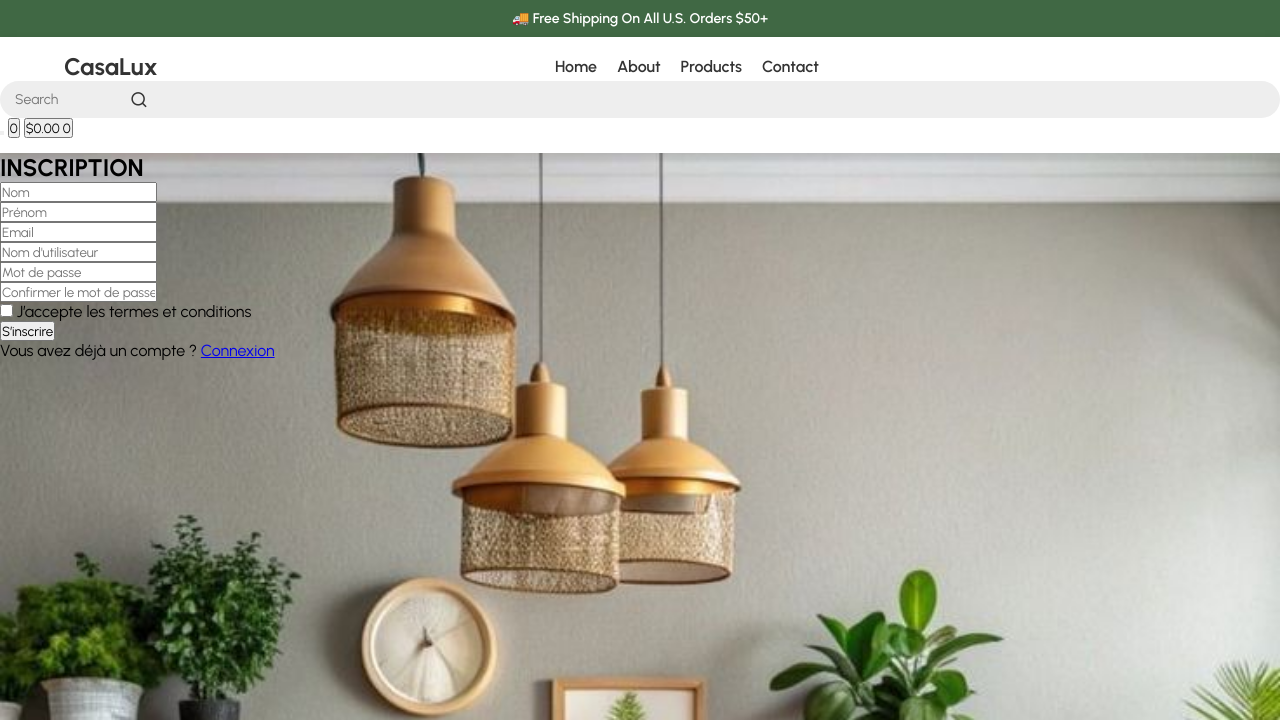
Repository: doua184/CasaLux
Page: inscription.html
These files come from the project's save history. The page is drawn as it stood at one moment and after the next save; the edit follows.
The browser window is 1280 px wide. The pictures show the whole page.
Some icons come from a web library that is not loaded, so they are not drawn. Some web libraries are served in a nearby version.

Above is the page before, as saved 2025-04-05 19:08:22.

### inscription.html
<!DOCTYPE html>
<html lang="en">
  <head>
    <meta charset="UTF-8" />
    <meta name="viewport" content="width=device-width, initial-scale=1.0" />
    <link
      href="https://cdn.jsdelivr.net/npm/remixicon@4.3.0/fonts/remixicon.css"
      rel="stylesheet"
    />
    <link
      rel="stylesheet"
      href="https://cdn.jsdelivr.net/npm/swiper@11/swiper-bundle.min.css"
    />
    <link rel="stylesheet" href="inscription.css" />

    <title>CasaLux</title>
    <!-- Google Fonts -->
    <link rel="preconnect" href="https://fonts.googleapis.com">
    <link rel="preconnect" href="https://fonts.gstatic.com" crossorigin>
    <link href="https://fonts.googleapis.com/css2?family=Urbanist:wght@400;500;600;700;800&display=swap" rel="stylesheet">
    <!-- Swiper CSS -->

<!-- Swiper JS -->
<script src="https://cdn.jsdelivr.net/npm/swiper@10/swiper-bundle.min.js"></script>


    <script type="module" src="https://cdn.jsdelivr.net/npm/@ionic/core/dist/ionic/ionic.esm.js"></script>
    <script nomodule src="https://cdn.jsdelivr.net/npm/@ionic/core/dist/ionic/ionic.js"></script>
  </head>
  <body>
    <div class="alert">
        <p class="alert-text">🚚 Free Shipping On All U.S. Orders $50+</p>
    </div>
    <nav class="nav">
        <div class="container nav__container">
            <div class="nav__logo">
                <a href="#" class="logo">CasaLux</a>
            </div>

            <ul class="nav__links" id="nav-links">
                <li><a href="#home">Home</a></li>
                <li><a href="#about">About</a></li>
                <li><a href="#product">Products</a></li>
                <li><a href="#contact">Contact</a></li>
            </ul>




        </div>
        <div class="nav__right"><div class="header-actions">
            <div class="nav__search">
                <input type="text" placeholder="Search" />
                <button class="search-btn"><i class="ri-search-line"></i></button>
            </div>

            <button class="header-action-btn" aria-label="user">
              <ion-icon name="person-outline" aria-hidden="true" aria-hidden="true"></ion-icon>
            </button>

            <button class="header-action-btn" aria-label="favourite item">
              <ion-icon name="star-outline" aria-hidden="true" aria-hidden="true"></ion-icon>

              <span class="btn-badge">0</span>
            </button>

            <button class="header-action-btn" aria-label="cart item">
              <data class="btn-text" value="0">$0.00</data>

              <ion-icon name="bag-handle-outline" aria-hidden="true" aria-hidden="true"></ion-icon>

              <span class="btn-badge">0</span>
            </button>

          </div></div>

    </nav>
    <section>
        <h1>INSCRIPTION</h1>
    <div class="champ">
        <div class="input-box">
            <input type="text" placeholder="Nom">
            <i class="fa-solid fa-user"></i>
        </div>

        <div class="input-box">
            <input type="text" placeholder="Prénom">
            <i class="fa-solid fa-user"></i>
        </div>

        <div class="input-box">
            <input type="email" placeholder="Email">
            <i class="fa-solid fa-envelope"></i>
        </div>

        <div class="input-box">
            <input type="text" placeholder="Nom d'utilisateur">
            <i class="fa-solid fa-user-circle"></i>
        </div>

        <div class="input-box">
            <input type="password" placeholder="Mot de passe">
            <i class="fa-solid fa-lock"></i>
        </div>

        <div class="input-box">
            <input type="password" placeholder="Confirmer le mot de passe">
            <i class="fa-solid fa-lock"></i>
        </div>

        <div class="remenber-forget">
            <label><input type="checkbox"> J’accepte les termes et conditions</label>
        </div>

        <button class="login-btn">S’inscrire</button>

        <div class="register-link">
            <p>Vous avez déjà un compte ? <a href="login.html">Connexion</a></p>
        </div>
    </div>

    </section>


</body>
</html>

### inscription.css
@import url('https://fonts.googleapis.com/css2?family=Urbanist:wght@400;500;600;700;800&display=swap');

/* Reset & Global Styles */
* {
    margin: 0;
    padding: 0;
    box-sizing: border-box;
    font-family: 'Urbanist', sans-serif; /* Ajout de la famille sans-serif comme fallback */
}

body {
    background-color: #fff; /* Couleur de fond standard */
    overflow-x: hidden; /* Empêcher le défilement horizontal */
    background-image: url("image3.jpg");
    background-size: cover;
    }

/* Alert Banner */
.alert {
    background-color: #406844;
    color: white;
    font-size: 14px;
    text-align: center;
    padding: 10px 0;
    font-weight: 600;
}

/* Navigation */
.nav {
    background: #fff;
    padding: 15px 0;
    box-shadow: 0px 2px 10px rgba(0, 0, 0, 0.1);
    position: sticky;
    top: 0;
    width: 100%;
    z-index: 1000;
}

.nav__container {
    width: 90%;
    max-width: 1200px;
    margin: 0 auto;
    display: flex;
    justify-content: space-between;
    align-items: center;
    position: relative;
}

.logo {
    font-size: 24px;
    font-weight: 700;
    text-decoration: none;
    color: #333;
}

/* Navigation Links */
.nav__links {
  list-style: none; /* Retirer les puces de la liste */
  display: flex; /* Utiliser flexbox pour les éléments enfants */
  gap: 20px; /* Espacement entre les éléments */
  justify-content: center; /* Centrer les éléments horizontalement */
  align-items: center; /* Optionnel : centrer verticalement les éléments */
  width: 100%;
}

.nav__links li {
    display: inline-block;
}

.nav__links a {
    text-decoration: none;
    font-size: 16px;
    color: #333;
    font-weight: 600;
    transition: color 0.3s ease-in-out;
    display: inline-block;
}

.nav__links a:hover {
    text-decoration: underline;
    color: #b8b399;
    transition: 0.3s;
}

/* Search Bar */
.nav__search {
    display: flex;
    align-items: center;
    background: #eee;
    padding: 5px 10px;
    border-radius: 20px;
}

.nav__search input {
    border: none;
    background: transparent;
    outline: none;
    padding: 5px;
    font-size: 14px;
    width: 120px;
    transition: width 0.3s ease-in-out; /* Transition pour l'input au focus */
}

.nav__search input:focus {
    width: 200px; /* Extension du champ de recherche au focus */
}

.search-btn {
    background: transparent;
    border: none;
    cursor: pointer;
    font-size: 18px;
    color: #333;
}

After the next save:
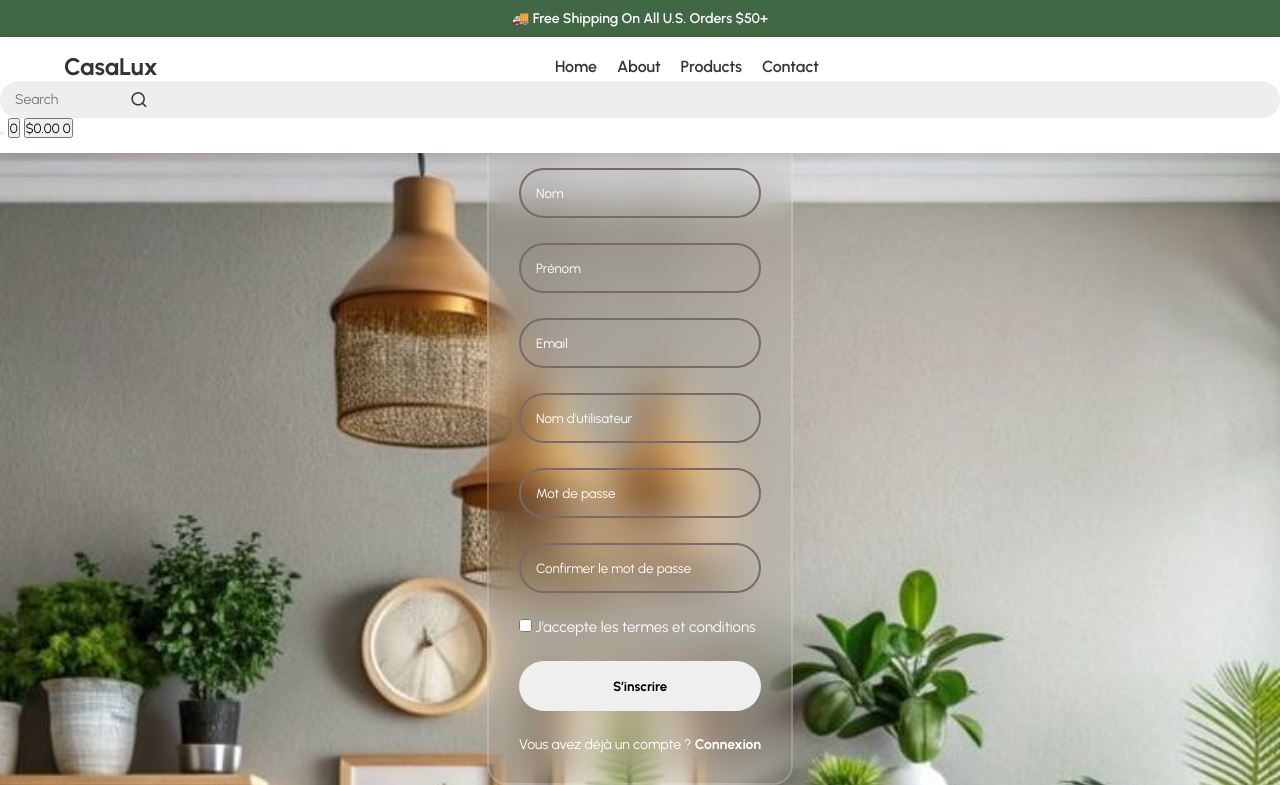
Saved 25 s later.
--- a/inscription.css
+++ b/inscription.css
@@ -112,3 +112,95 @@ body {
     font-size: 18px;
     color: #333;
 }
+
+section{
+    background-color: transparent;
+    border: 2px solid rgb(255, 255, 255,0.2);
+    backdrop-filter: blur(20px);
+    padding: 30px;
+    max-width: 100%;
+    border-radius: 20px;
+    position: absolute;
+    top: 60%;
+    left: 50%;
+
+    transform: translate(-50%, -50%);
+    display: block;
+    justify-content: center;
+    align-items: center;
+
+}
+section h1{
+    font-size: 30px;
+    text-align: center;
+    color: white;
+    margin-bottom: 20px;
+}
+.input-box{
+    width: 100%;
+    position: relative;
+    margin-bottom:25px ;
+}
+.input-box input{
+    width: 100%;
+    padding: 15px;
+    border-radius: 25px;
+    outline: none ;
+    background-color: transparent ;
+    border: 2px solid rgb(123, 105, 105);
+    color: white;
+    padding-right: 40px;
+
+}
+.input-box input::placeholder{
+    color: white;
+}
+.input-box i{
+    position: absolute;
+    transform: translateY(40%);
+    right: 20px;
+    top: 50%;
+    color: white;
+
+}
+.remenber-forget{
+    display: flex;
+    justify-content: space-between;
+    align-items: center;
+    font-size: 15px;
+    color: white;
+    margin-bottom: 25px;
+
+}
+.remenber-forget a, .register-link a{
+    color: white;
+    text-decoration: none;
+    transition: 0.5;
+    font-weight: bold;
+}
+.remenber-forget a , .register-link a:hover{
+    text-decoration: underline;
+}
+.login-btn{
+    width: 100%;
+    padding: 15px;
+    border-radius: 25px;
+    outline: none;
+    border: 0;
+    font-weight: bold;
+    cursor: pointer;
+    border: 2px solid transparent;
+    transition: 0,5s;
+}
+.login-btn:hover{
+    background-color: transparent;
+    border: 2px solid rgb(105, 96, 96);
+    color: white;
+}
+.register-link{
+    text-align: center;
+    margin-top: 25px;
+    color: white;
+    font-size: 14px;
+
+}
